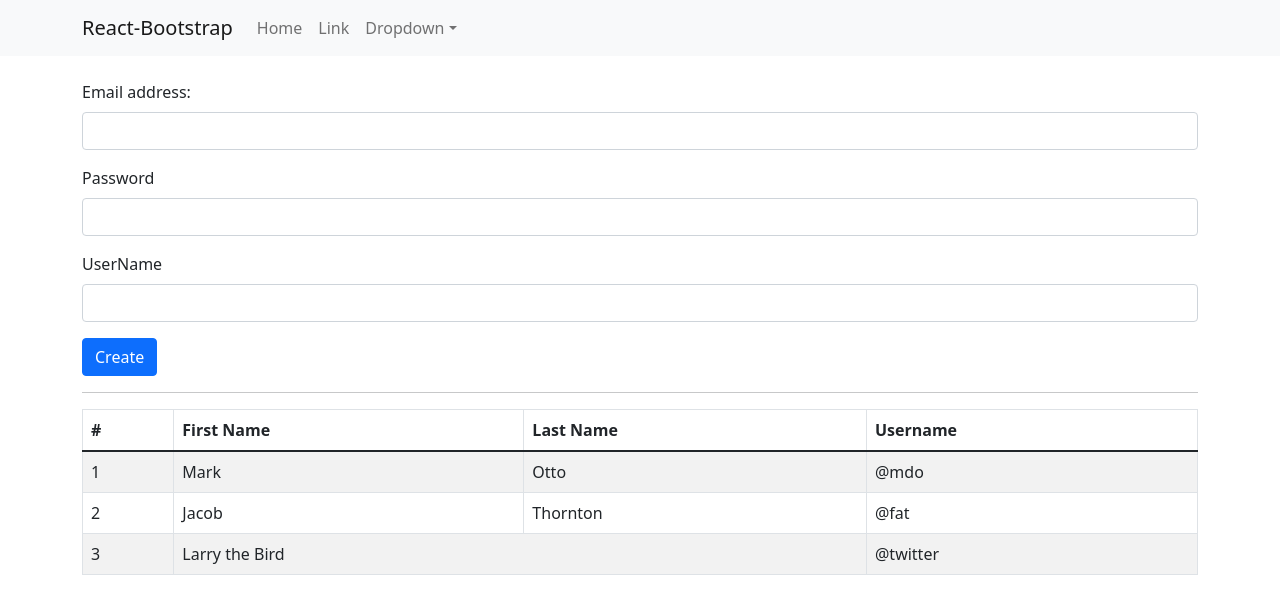
Repository: nnbxxx/-Redux-Ultimate---Redux
Page: /
An editor plug-in stored every save of this project. The page is shown before and after a run of saves, followed by the edit.
The browser window is 1280 px wide. The pictures show the whole page.
The page's requests for data from a server got no answer. The project was rebuilt for these pictures with package versions that can differ from the ones it lists, and the page was loaded fresh each time. No one was signed in, and anything a server would have sent is missing.

Above is the page before, as saved 2023-04-22 08:20:44.

After the next 2 saves:
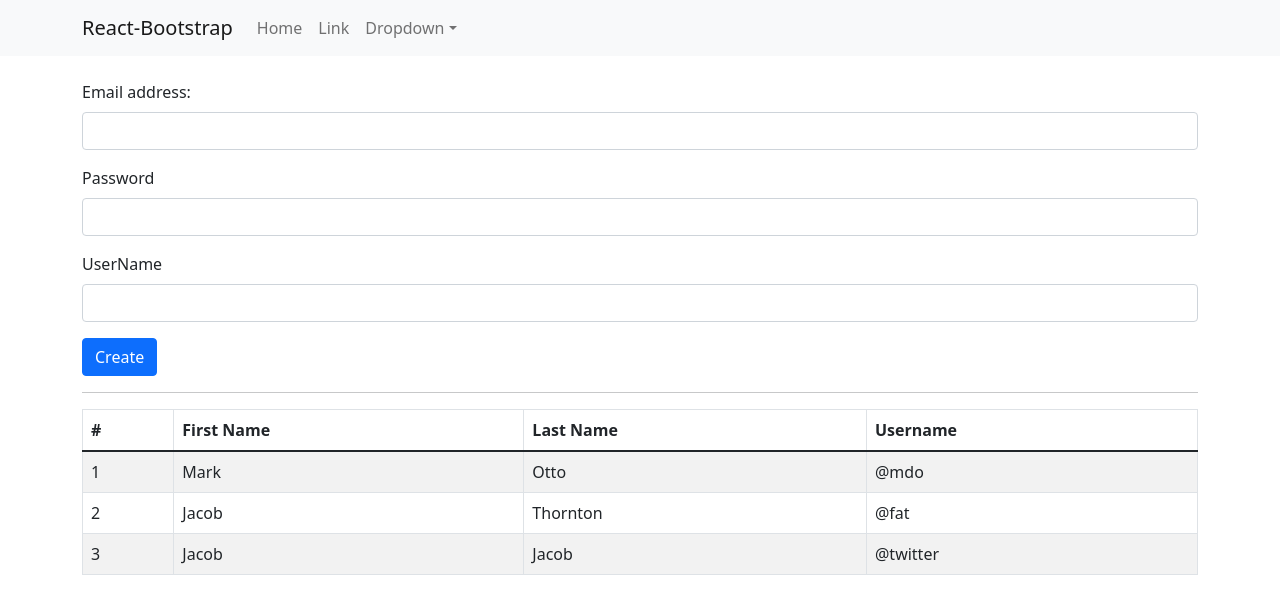
The 2 saves are shown as one change because they came seconds apart.
The last was saved 73 s later.
--- a/src/components/TableUser.js
+++ b/src/components/TableUser.js
@@ -28,7 +28,8 @@ const TableUser = (props) => {
           </tr>
           <tr>
             <td>3</td>
-            <td colSpan={2}>Larry the Bird</td>
+            <td>Jacob</td>
+            <td>Jacob</td>
             <td>@twitter</td>
           </tr>
         </tbody>
